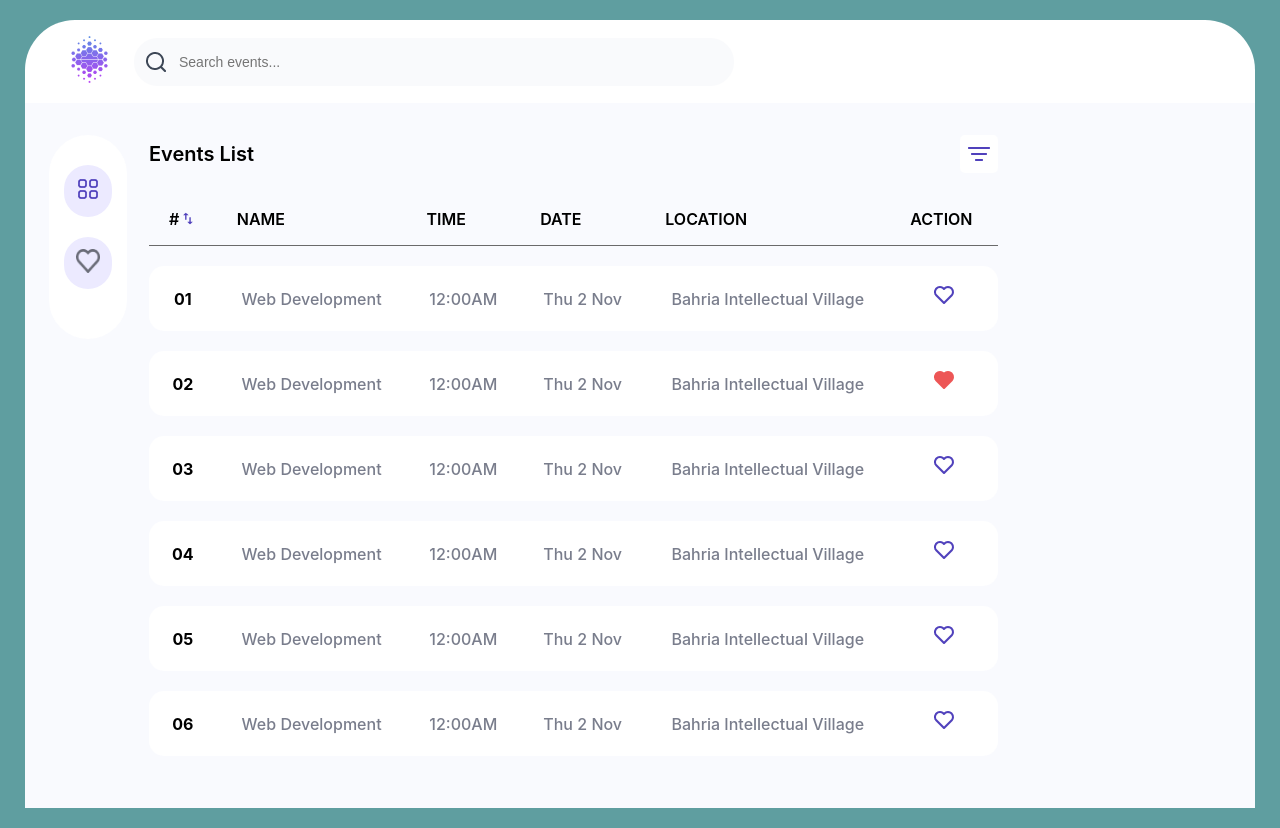
Repository: ahmadunitedsol710/react-dashboard
Page: /
An editor plug-in stored every save of this project. The page is shown before and after the next save, followed by the edit.
The browser window is 1280 px wide. The pictures show the whole page.
The project was rebuilt for these pictures with package versions that can differ from the ones it lists, and the page was loaded fresh each time.

Above is the page before, as saved 2024-07-30 11:07:39.

After the next save:
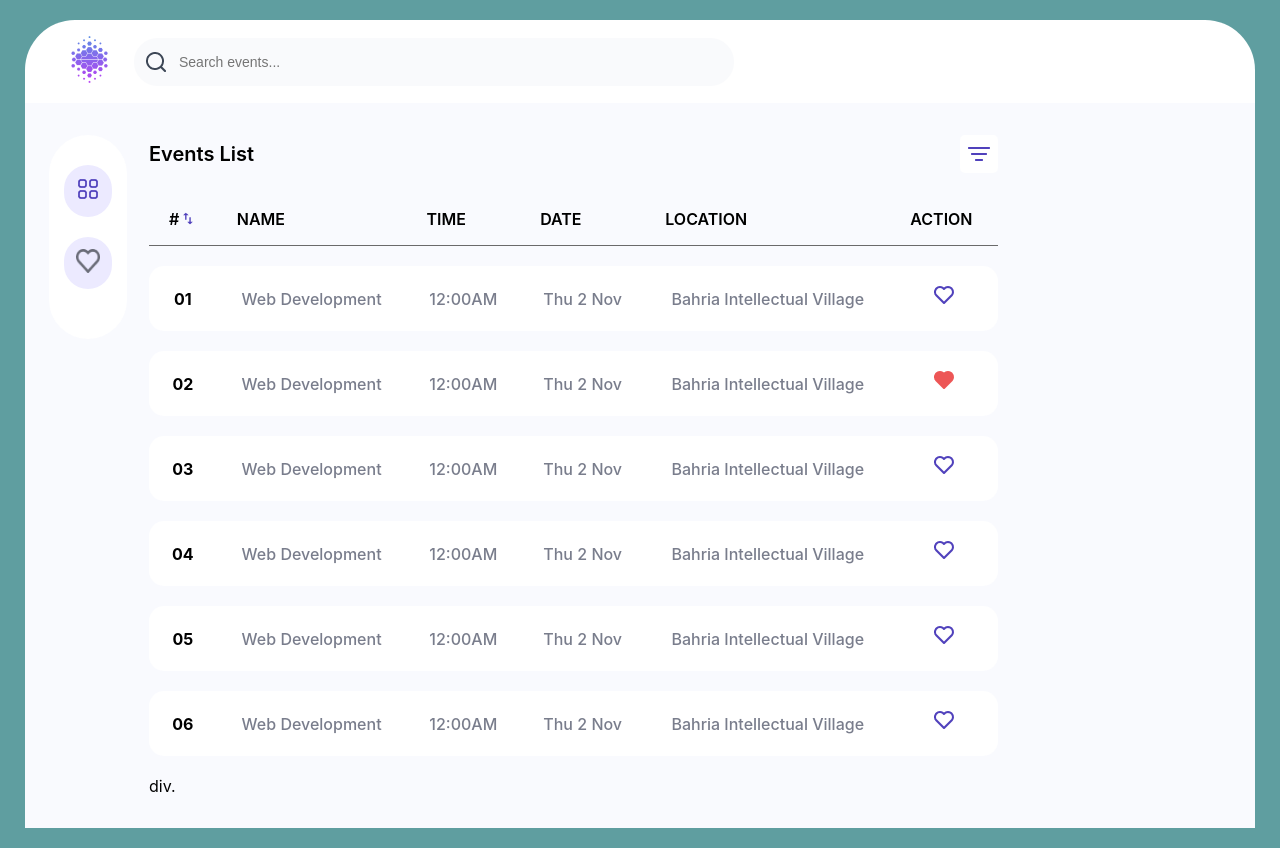
Saved 4 s later.
--- a/src/Components/Body/eventlist.js
+++ b/src/Components/Body/eventlist.js
@@ -82,6 +82,8 @@
                         </tbody>
                     </table>
                 </div>
+
+                div.
             </div>
         </>
     )

After the save that followed:
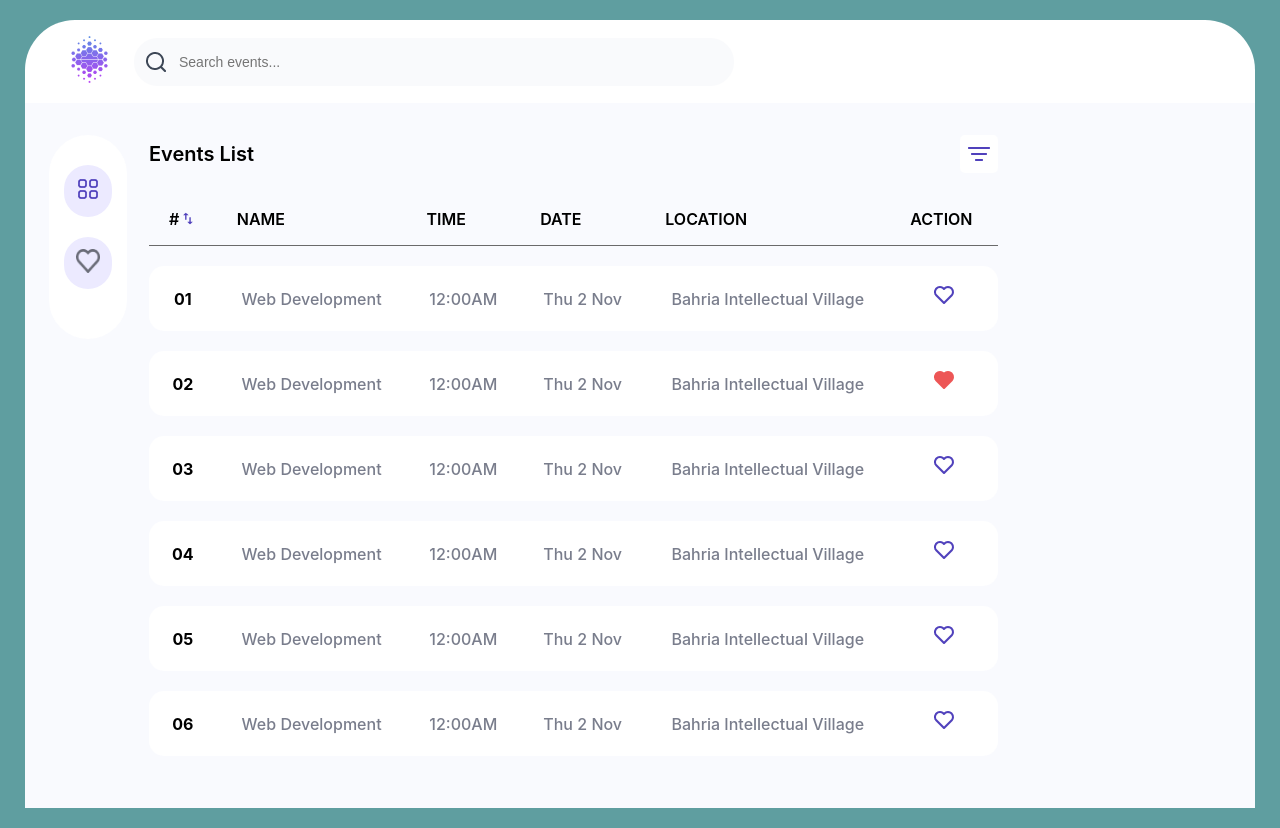
Saved 5 s later.
--- a/src/Components/Body/eventlist.js
+++ b/src/Components/Body/eventlist.js
@@ -83,7 +83,9 @@
                     </table>
                 </div>
 
-                div.
+                <div className="cards">
+
+                </div>
             </div>
         </>
     )
